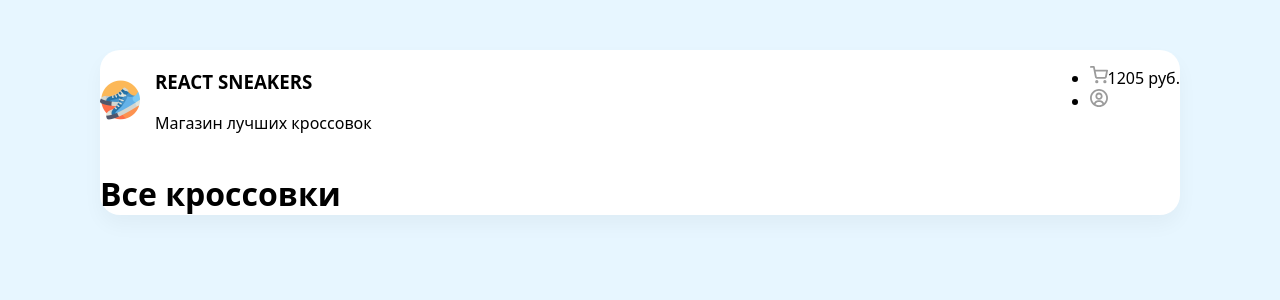
Repository: VaheHarutyunyan/react-sneakers
Page: /
An editor plug-in stored every save of this project. The page is shown before and after the next save, followed by the edit.
The browser window is 1280 px wide. The pictures show the whole page.
The project was rebuilt for these pictures with package versions that can differ from the ones it lists, and the page was loaded fresh each time.

Above is the page before, as saved 2021-07-22 12:45:45.

After the next save:
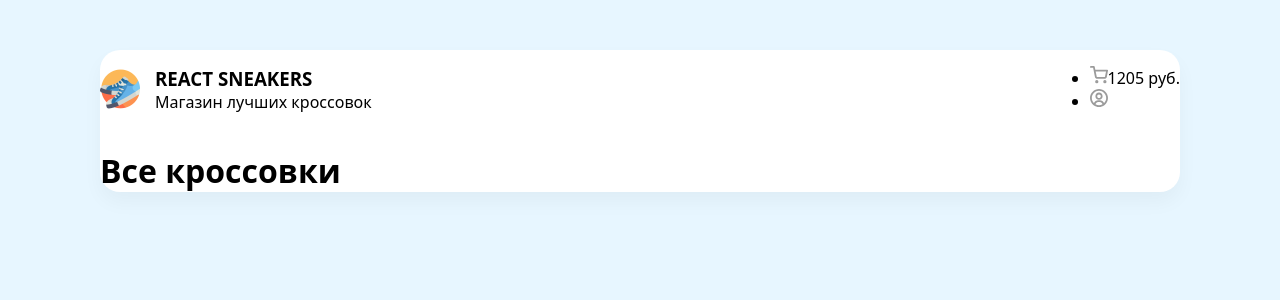
Saved 23 s later.
--- a/src/index.scss
+++ b/src/index.scss
@@ -23,6 +23,9 @@
     img{
       margin-right: 15px;
     }
+    h3,p{
+      margin: 0;
+    }
   }
   .headerRight{
 
